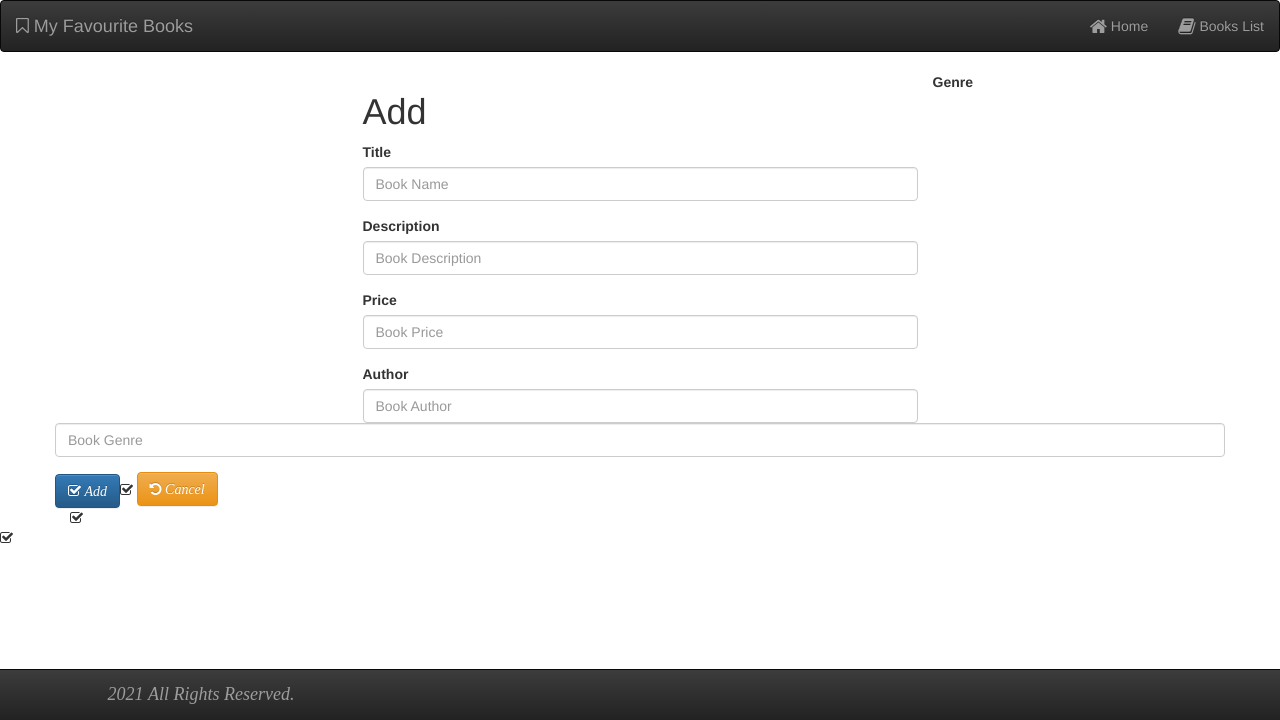
Repository: MateoD-0700/MyFirstRepo
Page: http://localhost/books/add
The author's editor kept a copy of each file at every save. The page is drawn from the files as they stood at one save, then again after the next save.
The browser window is 1280 px wide. The pictures show the whole page.
The page is served by the project's Node server (server.js).

Above is the page before, as saved 2021-06-24 01:29:31.

After the next save:
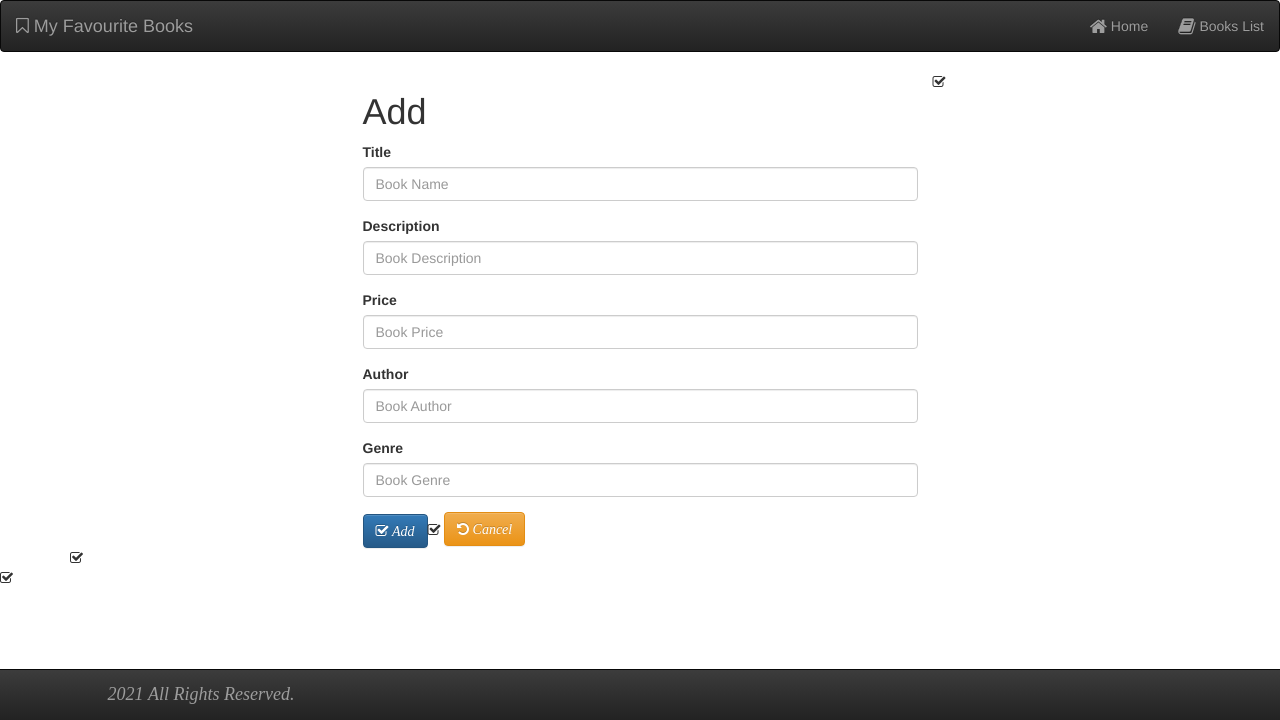
Saved 115 s later.
--- a/Desktop/Semester 3/Web Application Development/COMP229-F2020-Midterm--301156025--main/server/views/books/details.ejs
+++ b/Desktop/Semester 3/Web Application Development/COMP229-F2020-Midterm--301156025--main/server/views/books/details.ejs
@@ -21,7 +21,7 @@
                 <input type="text" class="form-control" id="PriceTextField"
                 placeholder="Book Price" name="Price" value="<%= books.Price %>"  required>
               </div>
-              <div class="form-group"></div>
+              <div class="form-group">
                 <label for="AuthorTextField">Author</label>
                 <input type="text" class="form-control" id="AuthorTextField"
                 placeholder="Book Author" name="Author" value="<%= books.Author %>"  required>

After the 2 saves that followed:
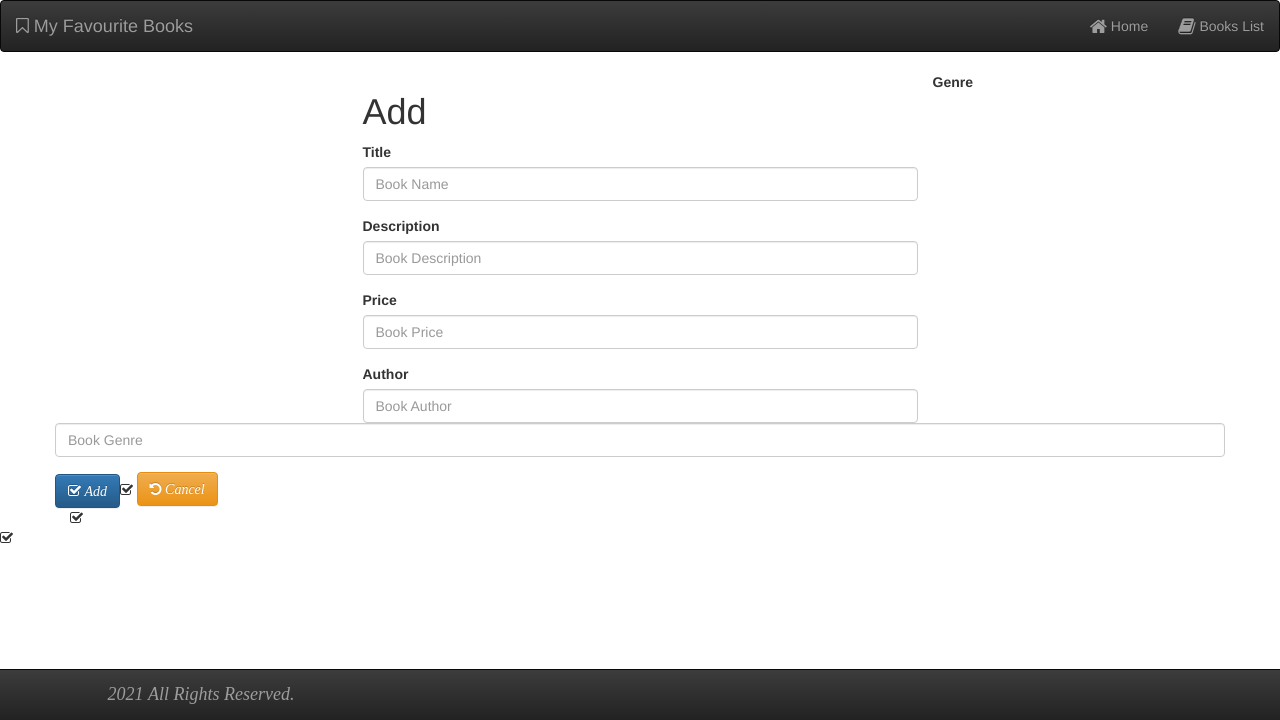
The 2 saves are shown as one change because 1 left the picture as it was.
The last was saved 5 min 41 s later.
--- a/Desktop/Semester 3/Web Application Development/COMP229-F2020-Midterm--301156025--main/server/views/books/details.ejs
+++ b/Desktop/Semester 3/Web Application Development/COMP229-F2020-Midterm--301156025--main/server/views/books/details.ejs
@@ -21,7 +21,7 @@
                 <input type="text" class="form-control" id="PriceTextField"
                 placeholder="Book Price" name="Price" value="<%= books.Price %>"  required>
               </div>
-              <div class="form-group">
+              <div class="form-group"></div>
                 <label for="AuthorTextField">Author</label>
                 <input type="text" class="form-control" id="AuthorTextField"
                 placeholder="Book Author" name="Author" value="<%= books.Author %>"  required>
@@ -40,8 +40,8 @@
               <% } else { %>
               <button type="submit" class= "btn btn-primary"><i class="fa fa-check-square-o"><i> Add </button>
               <% } %>
-              <a href="/books" type="button" class="btn btn-warning"><i class="fa fa-undo"></i> Cancel</a>
-
+              <a href="books/" type="button" class="btn btn-warning"><i class="fa fa-undo"></i> Cancel</a>
+               </div>
             </form>
         </div>
       </div>
--- a/Desktop/Semester 3/Web Application Development/COMP229-F2020-Midterm--301156025--main/server/routes/books.js
+++ b/Desktop/Semester 3/Web Application Development/COMP229-F2020-Midterm--301156025--main/server/routes/books.js
@@ -113,7 +113,7 @@ router.get('/delete/:id', (req, res, next) => {
      let id = req.params.id;
      book.remove({ _id: id } ,(err) => {
        if(err) {
-         console.error(err);
+         console.log(err);
          res.end(err);
        }
      res.redirect('/books');
